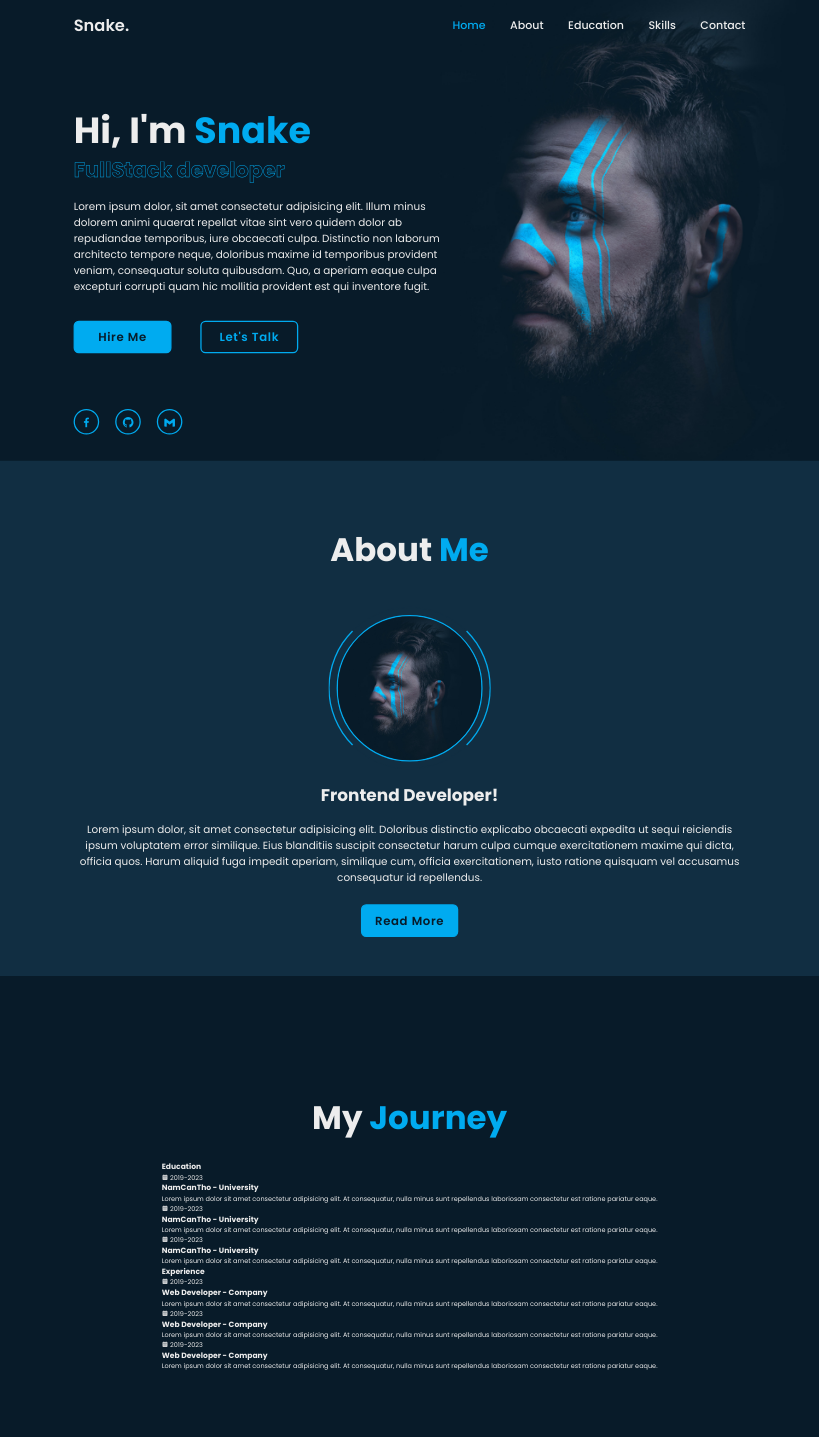
Repository: Tanty102/About_Me
Page: index.html
The author's editor kept a copy of each file at every save. The page is drawn from the files as they stood at one save, then again after a run of saves.
The browser window is 1280 px wide. The pictures show the whole page, at 64% of full size.

Above is the page before, as saved 2023-09-12 18:09:34.

### index.html
<!DOCTYPE html>
<html lang="en">
  <head>
    <meta charset="UTF-8" />
    <meta name="viewport" content="width=device-width, initial-scale=1.0" />
    <link rel="stylesheet" href="style.css" />
    <title>CV Snake</title>
  </head>

  <!-- box icons -->
  <link
    href="https://unpkg.com/boxicons@2.1.4/css/boxicons.min.css"
    rel="stylesheet" />
  <body>
    <!-- Header design -->
    <header class="header">
      <a href="#" class="logo">Snake.</a>

      <div class="bx bx-menu" id="menu-icon"></div>

      <nav class="navbar">
        <a href="#home" class="active">Home</a>
        <a href="#about">About</a>
        <a href="#education">Education</a>
        <a href="#skills">Skills</a>
        <a href="#contact">Contact</a>
      </nav>
    </header>

    <!-- Home section design -->
    <section class="home" id="home">
      <div class="home-content">
        <h1>Hi, I'm <span>Snake</span></h1>
        <div class="text-animate">
          <h3>FullStack developer</h3>
        </div>
        <p>
          Lorem ipsum dolor, sit amet consectetur adipisicing elit. Illum minus
          dolorem animi quaerat repellat vitae sint vero quidem dolor ab
          repudiandae temporibus, iure obcaecati culpa. Distinctio non laborum
          architecto tempore neque, doloribus maxime id temporibus provident
          veniam, consequatur soluta quibusdam. Quo, a aperiam eaque culpa
          excepturi corrupti quam hic mollitia provident est qui inventore
          fugit.
        </p>

        <div class="btn-box">
          <a href="#" class="btn">Hire Me</a>
          <a href="#" class="btn">Let's Talk</a>
        </div>
      </div>

      <div class="home-sci">
        <a href="#"><i class="bx bxl-facebook"></i></a>
        <a href="#"><i class="bx bxl-github"></i></a>
        <a href="#"><i class="bx bxl-gmail"></i></a>
      </div>

      <div class="home-imgHover"></div>
    </section>

    <!-- About section design -->
    <section class="about" id="about">
      <h2 class="heading">About <span>Me</span></h2>

      <div class="about-img">
        <img src="image/about.jpg" alt="" />
        <span class="circle-spin"></span>
      </div>

      <div class="about-content">
        <h3>Frontend Developer!</h3>
        <p>
          Lorem ipsum dolor, sit amet consectetur adipisicing elit. Doloribus
          distinctio explicabo obcaecati expedita ut sequi reiciendis ipsum
          voluptatem error similique. Eius blanditiis suscipit consectetur harum
          culpa cumque exercitationem maxime qui dicta, officia quos. Harum
          aliquid fuga impedit aperiam, similique cum, officia exercitationem,
          iusto ratione quisquam vel accusamus consequatur id repellendus.
        </p>

        <div class="btn-box btns">
          <a href="#" class="btn">Read More</a>
        </div>
      </div>
    </section>

    <!-- Education section design -->
    <section class="education" id="education">
      <h2 class="heading">My <span>Journey</span></h2>

      <div class="education-row">
        <div class="education-column">
          <h3 class="title">Education</h3>

          <div class="education-box">
            <div class="education-content">
              <div class="content">
                <div class="year">
                  <i class="bx bxs-calendar"></i> 2019-2023
                </div>
                <h3>NamCanTho - University</h3>
                <p>
                  Lorem ipsum dolor sit amet consectetur adipisicing elit. At
                  consequatur, nulla minus sunt repellendus laboriosam
                  consectetur est ratione pariatur eaque.
                </p>
              </div>
            </div>

            <div class="education-content">
              <div class="content">
                <div class="year">
                  <i class="bx bxs-calendar"></i> 2019-2023
                </div>
                <h3>NamCanTho - University</h3>
                <p>
                  Lorem ipsum dolor sit amet consectetur adipisicing elit. At
                  consequatur, nulla minus sunt repellendus laboriosam
                  consectetur est ratione pariatur eaque.
                </p>
              </div>
            </div>

            <div class="education-content">
              <div class="content">
                <div class="year">
                  <i class="bx bxs-calendar"></i> 2019-2023
                </div>
                <h3>NamCanTho - University</h3>
                <p>
                  Lorem ipsum dolor sit amet consectetur adipisicing elit. At
                  consequatur, nulla minus sunt repellendus laboriosam
                  consectetur est ratione pariatur eaque.
                </p>
              </div>
            </div>
          </div>
        </div>

        <div class="education-column">
          <h3 class="title">Experience</h3>

          <div class="education-box">
            <div class="education-content">
              <div class="content">
                <div class="year">
                  <i class="bx bxs-calendar"></i> 2019-2023
                </div>
                <h3>Web Developer - Company</h3>
                <p>
                  Lorem ipsum dolor sit amet consectetur adipisicing elit. At
                  consequatur, nulla minus sunt repellendus laboriosam
                  consectetur est ratione pariatur eaque.
                </p>
              </div>
            </div>

            <div class="education-content">
              <div class="content">
                <div class="year">
                  <i class="bx bxs-calendar"></i> 2019-2023
                </div>
                <h3>Web Developer - Company</h3>
                <p>
                  Lorem ipsum dolor sit amet consectetur adipisicing elit. At
                  consequatur, nulla minus sunt repellendus laboriosam
                  consectetur est ratione pariatur eaque.
                </p>
              </div>
            </div>

            <div class="education-content">
              <div class="content">
                <div class="year">
                  <i class="bx bxs-calendar"></i> 2019-2023
                </div>
                <h3>Web Developer - Company</h3>
                <p>
                  Lorem ipsum dolor sit amet consectetur adipisicing elit. At
                  consequatur, nulla minus sunt repellendus laboriosam
                  consectetur est ratione pariatur eaque.
                </p>
              </div>
            </div>
          </div>
        </div>
      </div>
    </section>

    <script src="main.js"></script>
  </body>
</html>

### style.css
@import url("https://fonts.googleapis.com/css2?family=Poppins:wght@300;400;500;600;700;800;900&display=swap");

* {
  margin: 0;
  padding: 0;
  box-sizing: border-box;
  text-decoration: none;
  border: none;
  outline: none;
  scroll-behavior: smooth;
  font-family: "Poppins", sans-serif;
}

:root {
  --bg-color: #081b29;
  --second-bg-color: #112e42;
  --text-color: #ededed;
  --main-color: #00abf0;
}

html {
  font-size: 63.5%;
  overflow-x: hidden;
}

body {
  background: var(--bg-color);
  color: var(--text-color);
}

.header {
  position: fixed;
  top: 0;
  left: 0;
  width: 100%;
  padding: 2rem 9%;
  background: transparent;
  display: flex;
  justify-content: space-between;
  align-items: center;
  z-index: 100;
}

.logo {
  font-size: 2.5rem;
  color: var(--text-color);
  font-weight: 600;
}

.navbar a {
  font-size: 1.7rem;
  color: var(--text-color);
  font-weight: 500;
  margin-left: 3.5rem;
  transition: 0.3s;
}

.navbar a:hover,
.navbar a.active {
  color: var(--main-color);
}

#menu-icon {
  font-size: 3.6rem;
  color: var(--text-color);
  cursor: pointer;
  display: none;
}

section {
  min-height: 100vh;
  padding: 10rem 9% 2rem;
}

.home {
  display: flex;
  align-items: center;
  padding: 0 9%;
  background: url("/image/home.jpg") no-repeat;
  background-size: cover;
  background-position: center;
}

.home-content {
  max-width: 60rem;
}

.home-content h1 {
  font-size: 5.6rem;
  font-weight: 700;
  line-height: 1.3;
}

.home-content .text-animate {
  position: relative;
  width: 32.8rem;
}

.home-content .text-animate h3 {
  font-size: 3.2rem;
  font-weight: 700;
  color: transparent;
  -webkit-text-stroke: 0.7px var(--main-color);
}

.home-content p {
  font-size: 1.6rem;
  margin: 2rem 0 4rem;
}

.btn-box {
  position: relative;
  display: flex;
  justify-content: space-between;
  width: 34.5rem;
  height: 5rem;
}
.btn-box .btn {
  position: relative;
  display: inline-flex;
  justify-content: center;
  align-items: center;
  width: 15rem;
  height: 100%;
  background: var(--main-color);
  border: 0.2rem solid var(--main-color);
  border-radius: 0.8rem;
  font-size: 1.8rem;
  font-weight: 600;
  letter-spacing: 0.1rem;
  color: var(--bg-color);
  z-index: 1;
  overflow: hidden;
  transition: 0.5s;
}

.btn-box .btn:hover {
  color: var(--main-color);
}

.btn-box .btn:nth-child(2) {
  background: transparent;
  color: var(--main-color);
}

.btn-box .btn:nth-child(2):hover {
  color: var(--bg-color);
}

.btn-box .btn:nth-child(2)::before {
  background: var(--main-color);
}

.btn-box .btn::before {
  content: "";
  position: absolute;
  top: 0;
  left: 0;
  width: 0;
  height: 100%;
  background: var(--bg-color);
  z-index: -1;
  transition: 0.5s;
}

.btn-box .btn:hover::before {
  width: 100%;
}

.home-sci {
  position: absolute;
  bottom: 4rem;
  width: 170px;
  display: flex;
  justify-content: space-between;
}

.home-sci a {
  position: relative;
  display: inline-flex;
  justify-content: center;
  align-items: center;
  width: 40px;
  height: 40px;
  background: transparent;
  border: 0.2rem solid var(--main-color);
  border-radius: 50%;
  font-size: 20px;
  color: var(--main-color);
  z-index: 1;
  overflow: hidden;
  transition: 0.5s;
}

.home-sci a:hover {
  color: var(--bg-color);
}

.home-sci a::before {
  content: "";
  position: absolute;
  top: 0;
  left: 0;
  width: 0;
  height: 100%;
  background: var(--main-color);
  z-index: -1;
  transition: 0.5s;
}

.home-sci a:hover::before {
  width: 100%;
}

.home-imgHover {
  position: absolute;
  top: 0;
  right: 0;
  width: 45%;
  height: 100%;
  background: transparent;
  transition: 3s;
}

.home-imgHover:hover {
  background: var(--bg-color);
  opacity: 0.8;
}

.about {
  display: flex;
  justify-content: center;
  align-items: center;
  flex-direction: column;
  gap: 2rem;
  background: var(--second-bg-color);
  padding-bottom: 6rem;
}

.heading {
  font-size: 5rem;
  margin-bottom: 3rem;
  text-align: center;
}
span {
  color: var(--main-color);
}

.about-img {
  position: relative;
  width: 25rem;
  height: 25rem;
  border-radius: 50%;
  display: flex;
  justify-content: center;
  align-items: center;
}

.about-img img {
  width: 90%;
  border-radius: 50%;
  border: 0.2rem solid var(--main-color);
}

.about-img .circle-spin {
  position: absolute;
  top: 50%;
  left: 50%;
  transform: translate(-50%, -50%) rotate(0);
  width: 100%;
  height: 100%;
  border-radius: 50%;
  border-top: 0.2rem solid var(--second-bg-color);
  border-bottom: 0.2rem solid var(--second-bg-color);
  border-left: 0.2rem solid var(--main-color);
  border-right: 0.2rem solid var(--main-color);
}

.about-content {
  text-align: center;
}

.about-content h3 {
  font-size: 2.6rem;
}

.about-content p {
  font-size: 1.6rem;
  margin: 2rem 0 3rem;
}

.btn-box.btns {
  display: inline-block;
  width: 15rem;
}

.btn-box.btns a::before {
  background: var(--second-bg-color);
}

.education {
  display: flex;
  justify-content: center;
  align-items: center;
  flex-direction: column;

}

.education-row {

}

.education-column {

}

Loaded but not shown: main.js (no copy from this time; the picture is the same without it)

After the next 5 saves:
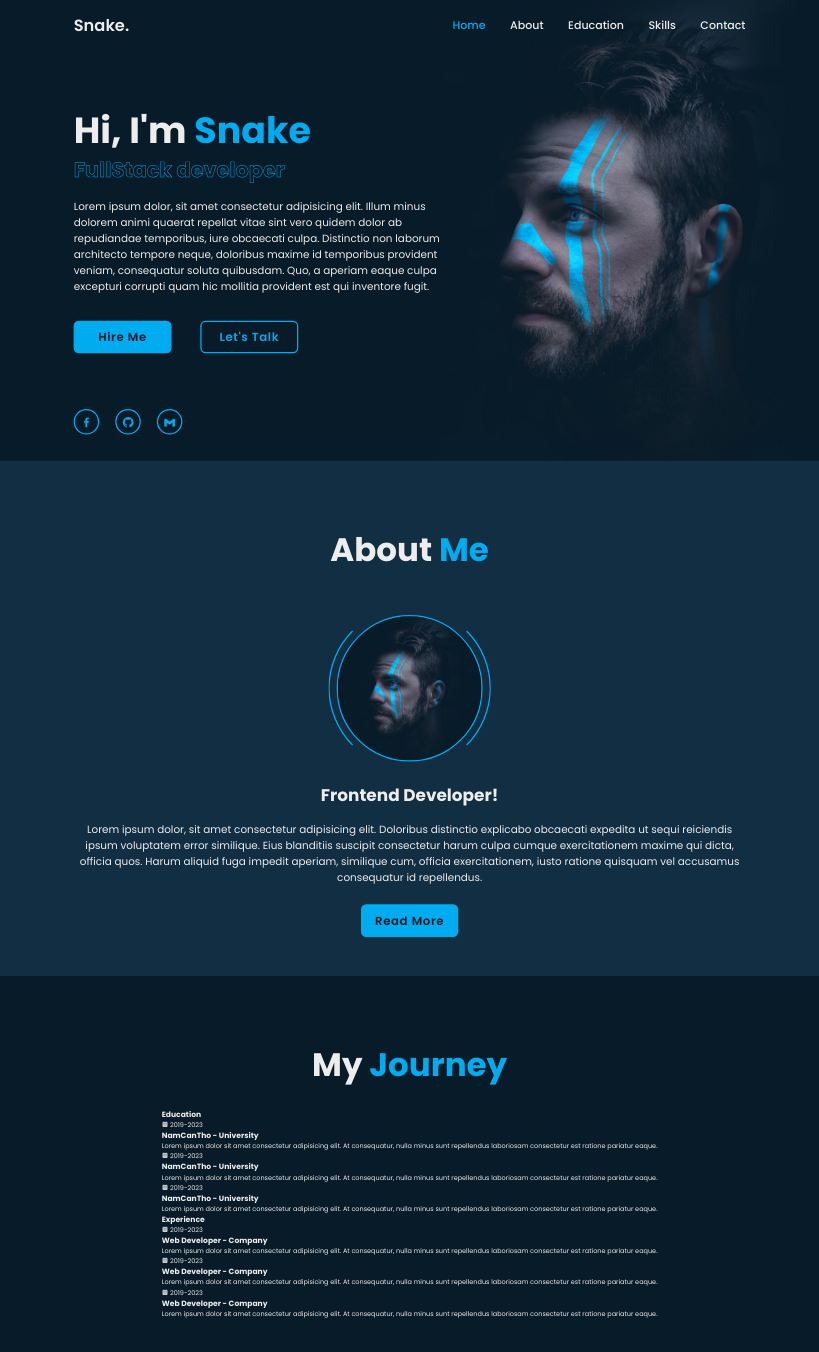
The 5 saves are shown as one change because they came seconds apart.
The last was saved 13 s later.
--- a/style.css
+++ b/style.css
@@ -303,7 +303,8 @@ span {
   justify-content: center;
   align-items: center;
   flex-direction: column;
-
+  min-height: auto;
+  padding-bottom: 5rem;
 }
 
 .education-row {
